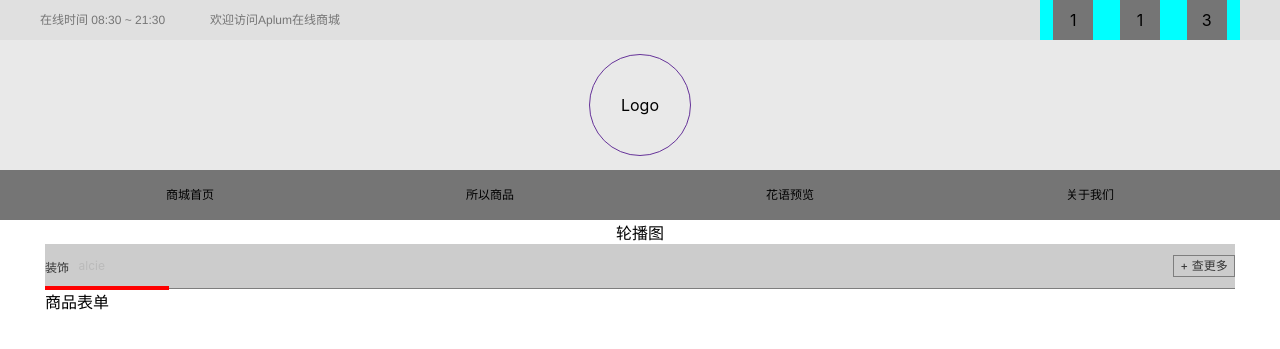
Repository: Alicehhhmm/aplum
Page: /
An editor plug-in stored every save of this project. The page is shown before and after the next save, followed by the edit.
The browser window is 1280 px wide. The pictures show the whole page.
The project was rebuilt for these pictures with package versions that can differ from the ones it lists, and the page was loaded fresh each time. Also part of the build but not shown: src/components/footer/index.jsx, src/components/carousel/index.scss, src/components/productList/index.scss, src/App.css.

Above is the page before, as saved 2021-10-11 16:53:15.

After the next save:
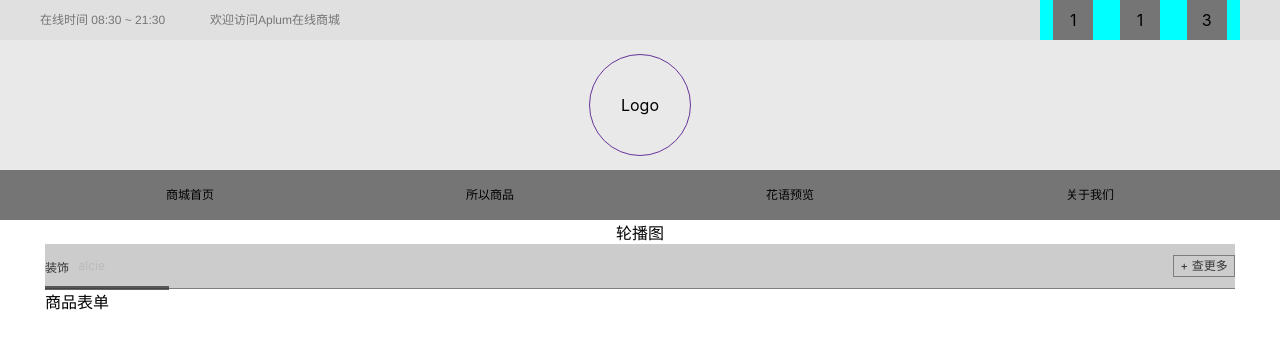
Saved 13 s later.
--- a/src/components/productList/topList/index.scss
+++ b/src/components/productList/topList/index.scss
@@ -25,7 +25,7 @@
             width: 120px;
             display: flex;
             flex-direction: row;
-            border:2px solid red;
+            border:2px solid rgba(51, 51, 51, 0.5);
             position: absolute;
             top: 28px;
             left: 0;
